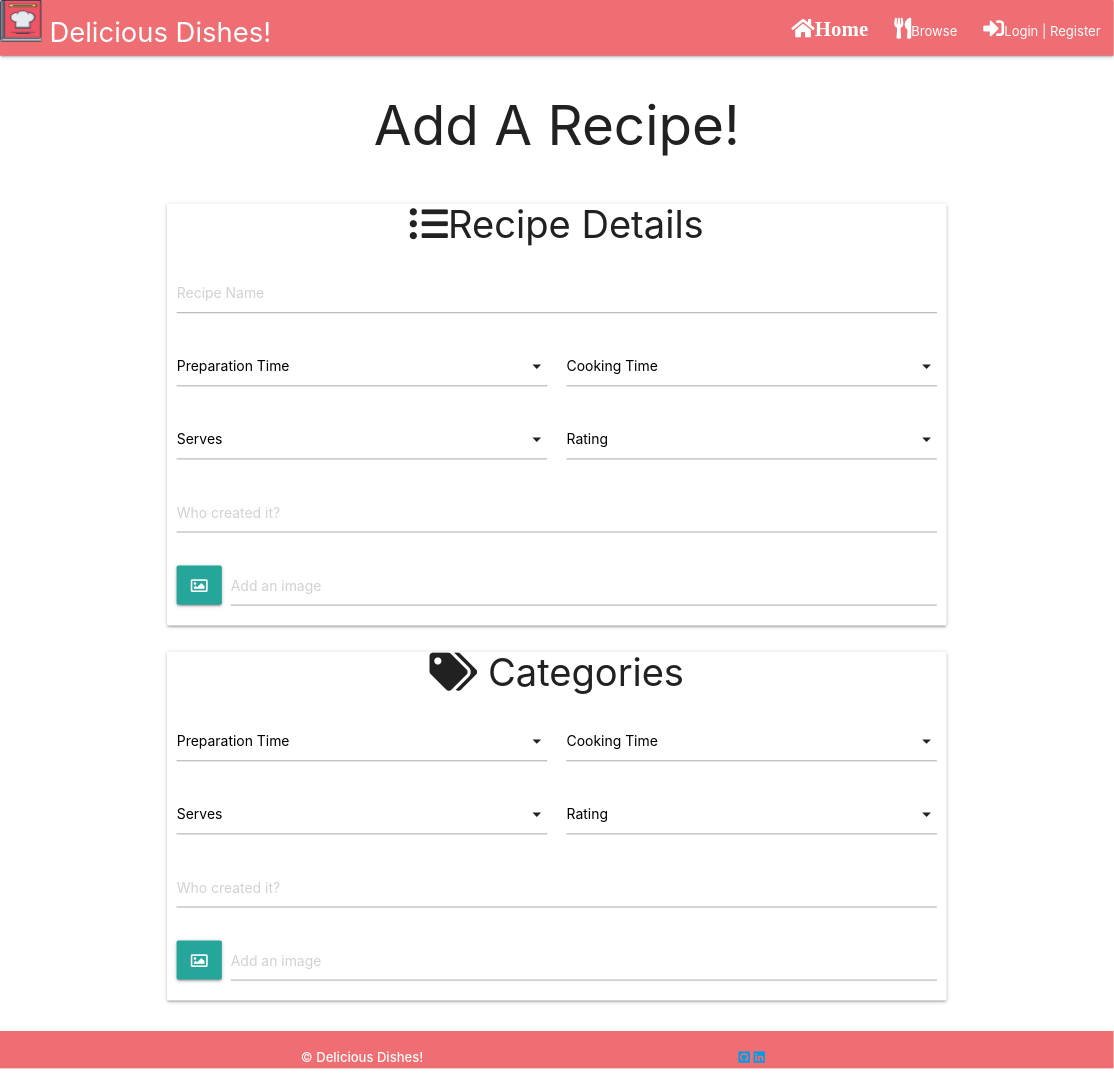
Repository: hebs87/cookbook-milestone-project-three
Page: templates/add_recipe.html
The author's editor kept a record of every edit. The page is drawn from the files as they stood at one moment, then again after the next edit.
The browser window is 1280 px wide. The pictures show the whole page, at 87% of full size.
Some web libraries are served in a nearby version. The page is served by the project's application, run on Flask 3 (app.py). Other server files are loaded and not shown. The template is opened directly, without the code that normally fills it, so the values that code supplies are empty.

Above is the page before.

### templates/add_recipe.html
{% extends "base.html" %} {% block content %}

<!--Page Title-->
<div class="row center-align">
    <div class="col s12">
        <h1 class="title"> Add A Recipe!</h1>
    </div>
</div>

<!--ADD RECIPE FORM WITH NESTED CARDS FOR RELEVANT SECTIONS-->
<div class="row center-align">
    <form method="GET" action="">

        <!--Recipe Details Card-->
        <div class="row card z-depth-1">
            <!--Card Title-->
            <h3><i class="fas fa-list-ul"></i>Recipe Details</h3>
            <!--Recipe Name Field-->
            <div class="input-field col s12">
                <input id="name" name="name" type="text" placeholder="Recipe Name" class="form-control validate" required>
                <label for="name"></label>
            </div>
            <!--Prep Time Select-->
            <div class="input-field col s12 m6">
                <select id="prep_time" name="prep_time" class="form-control validate" required>
                    <option value="" disabled selected>Preparation Time</option>
                    <option value="">1</option>
                </select>
            </div>
            <!--Cook Time Select-->
            <div class="input-field col s12 m6">
                <select id="cook_time" name="cook_time" class="form-control validate" required>
                    <option value="" disabled selected>Cooking Time</option>
                    <option value="">1</option>
                </select>
            </div>
            <!--Serves Select-->
            <div class="input-field col s12 m6">
                <select id="serves" name="serves" class="form-control validate" required>
                    <option value="" disabled selected>Serves</option>
                    <option value="">1</option>
                </select>
            </div>
            <!--Rating Select-->
            <div class="input-field col s12 m6">
                <select id="rating" name="rating" class="form-control validate" required>
                    <option value="" disabled selected>Rating</option>
                    <option value="">1</option>
                </select>
            </div>
            <!--Author Field-->
            <div class="input-field col s12">
                <input id="author" name="Author" type="text" placeholder="Who created it?" class="form-control validate" required>
            </div>
            <!--Image File Input-->
            <div class="file-field input-field col s12">
                <div class="btn">
                    <i class="far fa-image"></i>
                    <input type="file" name="img">
                </div>
                <div class="file-path-wrapper">
                    <input class="file-path validate" name="file_path" placeholder="Add an image" type="text">
                </div>
            </div>
        </div>

        <!--Recipe Categories Card-->
        <div class="row card z-depth-1">
            <!--Card Title-->
            <h3><i class="fas fa-tags"></i> Categories</h3>
            <!--Prep Time Select-->
            <div class="input-field col s12 m6">
                <select id="prep_time" name="prep_time" class="form-control validate" required>
                    <option value="" disabled selected>Preparation Time</option>
                    <option value="">1</option>
                </select>
            </div>
            <!--Cook Time Select-->
            <div class="input-field col s12 m6">
                <select id="cook_time" name="cook_time" class="form-control validate" required>
                    <option value="" disabled selected>Cooking Time</option>
                    <option value="">1</option>
                </select>
            </div>
            <!--Serves Select-->
            <div class="input-field col s12 m6">
                <select id="serves" name="serves" class="form-control validate" required>
                    <option value="" disabled selected>Serves</option>
                    <option value="">1</option>
                </select>
            </div>
            <!--Rating Select-->
            <div class="input-field col s12 m6">
                <select id="rating" name="rating" class="form-control validate" required>
                    <option value="" disabled selected>Rating</option>
                    <option value="">1</option>
                </select>
            </div>
            <!--Author Field-->
            <div class="input-field col s12">
                <input id="author" name="Author" type="text" placeholder="Who created it?" class="form-control validate" required>
            </div>
            <!--Image File Input-->
            <div class="file-field input-field col s12">
                <div class="btn">
                    <i class="far fa-image"></i>
                    <input type="file" name="img">
                </div>
                <div class="file-path-wrapper">
                    <input class="file-path validate" name="file_path" placeholder="Add an image" type="text">
                </div>
            </div>
        </div>

    </form>
</div>

{% endblock %}

### templates/base.html
<!DOCTYPE html>
<html lang="en">

<head>

    <!--Link for Favicon-->
    <link rel="icon" sizes="192x192" href="{{ url_for('static', filename='img/favicon.png') }}" type="image/x-icon">
    <meta charset="UTF-8">
    <meta name="viewport" content="width=device-width, initial-scale=1.0">
    <meta http-equiv="X-UA-Compatible" content="ie=edge">
    <title>Delicious Dishes!</title>

    <!--Link for Materialize-->
    <link rel="stylesheet" href="https://cdnjs.cloudflare.com/ajax/libs/materialize/1.0.0/css/materialize.min.css">
    <!--Link for FontAwesome-->
    <link rel="stylesheet" href="https://use.fontawesome.com/releases/v5.8.2/css/all.css" integrity="sha384-oS3vJWv+0UjzBfQzYUhtDYW+Pj2yciDJxpsK1OYPAYjqT085Qq/1cq5FLXAZQ7Ay" crossorigin="anonymous">
    <!--Link for custom CSS sheet-->


</head>

<body>

    <!--HEADER-->
    <header class="container-fluid">
        <!--NAVBAR-->
        <!--Main Nav-->
        <nav class="nav-extended">
            <div class="nav-wrapper">
                <a href="{{ url_for('index') }}" class="brand-logo"><img src="{{ url_for('static', filename='img/favicon.png') }}" alt="Delicious Dishes Chef Logo" lazyload="on">
                    Delicious Dishes!
                </a>
                <a href="#" data-target="mobile-demo" class="sidenav-trigger">
                    <i class="fas fa-bars" aria-hidden="true"></i>
                </a>
                <ul id="nav-mobile" class="right hide-on-med-and-down">
                    <li>
                        <a href="{{ url_for('index') }}">
                            <i class="fas fa-home" aria-hidden="true">Home</i>
                        </a>
                    </li>
                    <li>
                        <a href="#">
                            <i class="fas fa-utensils" aria-hidden="true"></i>Browse
                        </a>
                    </li>
                    <!--Additional options if user is logged in-->
                    {% if session.user %}
                        <li>
                            <a href="#">
                                <i class="fas fa-user" aria-hidden="true"></i>{{ session['user'] }}
                            </a>
                        </li>
                        <li>
                            <a href="{{ url_for('add_recipe') }}">
                                <i class="fas fa-plus" aria-hidden="true"></i>Add Recipe
                            </a>
                        </li>
                        <li>
                            <a href="{{ url_for('logout') }}">
                                <i class="fas fa-sign-out-alt" aria-hidden="true"></i>Logout
                            </a>
                        </li>
                    <!--If there is no user in session-->
                    {% else %}
                        <li>
                            <a href="{{ url_for('login_register') }}">
                                <i class="fas fa-sign-in-alt" aria-hidden="true"></i>Login | Register
                            </a>
                        </li>
                    {% endif %}
                </ul>
            </div>
        </nav>
        <!--End Main Nav-->
        <!--Mobile Side Nav-->
        <ul class="sidenav" id="mobile-demo">
            <li>
                <a href="{{ url_for('index') }}" class="brand-logo">
                    <h4>Delicious Dishes!</h4>
                </a>
            <li>
                <a href="{{ url_for('index') }}">
                    <i class="fas fa-home" aria-hidden="true"></i>Home
                </a>
            </li>
            <li>
                <a href="#">
                    <i class="fas fa-utensils" aria-hidden="true"></i>Browse
                </a>
            </li>
            <!--Additional options if user is logged in-->
            {% if session.user %}
                <li>
                    <a href="#">
                        <i class="fas fa-user" aria-hidden="true"></i>{{ session['user'] }}
                    </a>
                </li>
                <li>
                    <a href="{{ url_for('add_recipe') }}">
                        <i class="fas fa-plus" aria-hidden="true"></i>Add Recipe
                    </a>
                </li>
                <li>
                    <a href="{{ url_for('logout') }}">
                        <i class="fas fa-sign-out-alt" aria-hidden="true"></i>Logout
                    </a>
                </li>
            <!--If there is no user in session-->
            {% else %}
                <li>
                    <a href="{{ url_for('login_register') }}">
                        <i class="fas fa-sign-in-alt" aria-hidden="true"></i>Login | Register
                    </a>
                </li>
            {% endif %}
        </ul>
        <!--End Mobile Side Nav-->
        <!--END NAVBAR-->

    </header>
    <!--END HEADER-->

    <!--MAIN CONTENT-->
    <main>
        <div class="container">
            <!--Flashed messages to appear at the top of the page, below the Navbar-->
            {% with messages = get_flashed_messages() %}
                {% if messages %}
                    <ul class="flashes center-align">
                        {% for message in messages %}
                        <li>{{ message }}</li>
                        {% endfor %}
                    </ul>
                {% endif %}
            {% endwith %}

            <!--Main content-->
            {% block content %} {% endblock %}
        </div>
    </main>
    <!--END MAIN CONTENT-->

    <!--FOOTER-->
    <footer class="page-footer">
        <div class="container">
            <div class="row center-align">
                <div class="col s12 m6">
                    &copy; <strong>Delicious Dishes!</strong>
                </div>
                <div class="col s12 m6">
                    <a href="https://github.com/hebs87/cookbook-milestone-project-three" target="_blank" rel="noopener" aria-label="GitHub - hebs87">
                        <i class="fab fa-github-square" title="hebs87" aria-hidden="true"></i>
                    </a>
                    <a href="https://www.linkedin.com/in/sunny-hebbar-0b3008174/" target="_blank" rel="noopener" aria-label="LinkedIn - Sunny-Hebbar">
                        <i class="fab fa-linkedin" title="Sunny-Hebbar" aria-hidden="true"></i>
                    </a>
                </div>
            </div>
        </div>
    </footer>
    <!--END FOOTER-->

    <!--Script tag for jQuery-->
    <script src="https://code.jquery.com/jquery-3.4.1.min.js" integrity="sha256-CSXorXvZcTkaix6Yvo6HppcZGetbYMGWSFlBw8HfCJo=" crossorigin="anonymous"></script>
    <!--Script tag for Materialize-->
    <script src="https://cdnjs.cloudflare.com/ajax/libs/materialize/1.0.0/js/materialize.min.js"></script>
    <!--Script tag for custom JS file-->
    <script src="{{ url_for('static', filename='js/script.js') }}"></script>

</body>

</html>

### app.py
import os, json, math
import re
from flask import Flask, render_template, redirect, request, session, g, url_for, flash, Markup
from flask_pymongo import PyMongo
from bson.objectid import ObjectId
from werkzeug.security import check_password_hash, generate_password_hash

# Instance of Flask
app = Flask(__name__)

# Config Flask app and connect to database
app.config["MONGO_DBNAME"] = 'onlineCookbook'
app.config["MONGO_URI"] = os.getenv('MONGO_URI')
# Secret key to enable user sessions for login and flash messages - generates random string
app.secret_key = os.urandom(24)

# Instance of PyMongo
mongo = PyMongo(app)

# DB collection variables
recipes_coll = mongo.db.recipes
rating_coll = mongo.db.ratings
categories_coll = mongo.db.categories
serves_coll = mongo.db.serves
time_coll = mongo.db.time
users_coll = mongo.db.userLogin

# Route to index.html
@app.route('/')
def index():
    return render_template("index.html")

# User login sessions/logout
@app.route('/login_register')
def login_register():
    return render_template("login_register.html")

@app.route('/login', methods=["GET", "POST"])
def login():
    '''
    Login
    Checks that the user exists, and that user's password matches the
    hased password in the database
    '''
    if request.method == "POST":

        username = request.form.get('username').lower()
        password = request.form.get("password")
        existing_user = users_coll.find_one({"username": username})

        # Check if username exists and user's password matches the hashed password
        if existing_user and check_password_hash(existing_user["password"], password):
            flash(Markup("Welcome back " + username + ", you're now logged in!"))
            session['user'] = username
            return redirect(url_for('index'))
        # If either the username or password don't match, generic flash message is displayed
        else:
            flash(Markup("It appears those details don't match what we have, please try again."))
            return redirect(url_for('login'))

    return render_template("login_register.html")

@app.route('/register', methods=["GET", "POST"])
def register():
    '''
    Create new user/register new account
    Checks that the user doesn't already exist, and that length of username
    and password is between 6-15 characters
    Uses generate_password_hash to hash user's password in the database
    '''
    if request.method == "POST":

        new_username = request.form.get('new_username').lower()
        new_password = request.form.get("new_password")

        # Check username and password are alphanumeric
        for letter in new_username:
            if not letter.isalnum():
                flash(Markup("Usernames must be alphanumeric only. Please try another one."))
                return redirect(url_for('register'))
        for letter in new_password:
            if not letter.isalnum():
                flash(Markup("Passwords must be alphanumeric only. Please try another one."))
                return redirect(url_for('register'))

        # Check username and password are between 6-15 characters
        if len(new_username) < 5 or len(new_username) > 15:
            flash(Markup("Usernames must be between 5 and 15 characters. Please try again."))
            return redirect(url_for('register'))
        if len(new_password) < 5 or len(new_password) > 15:
            flash(Markup("Passwords must be between 5 and 15 characters. Please try again."))
            return redirect(url_for('register'))

        # Check if username already exists
        existing_user = users_coll.find_one({"username": new_username})
        if existing_user:
            flash(Markup("Sorry, " + new_username + " is already taken! Please choose another one!"))
            return redirect(url_for('register'))

        # If all checks pass, add user to the database and hash the password
        users_coll.insert_one({
            "username": new_username,
            "password": generate_password_hash(new_password)
        })
        session['user'] = new_username
        flash(Markup("Welcome " + new_username + ", you're now logged in!"))
        return redirect(url_for('index'))

    return render_template("login_register.html")

@app.route('/logout')
def logout():
    '''
    Remove the session cookie and end the user session
    '''
    session.pop('user', None)
    flash(Markup("You were successfully logged out"))
    return redirect(url_for('index'))

@app.before_request
def before_request():
    '''
    Checks if the user is logged in before each request
    '''
    g.user = None
    if 'user' in session:
        g.user = session['user']

# Route to add_recipe.html
@app.route('/add_recipe')
def add_recipe():
    return render_template("add_recipe.html")

if __name__ == '__main__':
    app.run(host=os.getenv("IP", "0.0.0.0"),
            port=int(os.getenv("PORT", "5000")),
            debug=False)

### static/js/script.js
//Initialize Mobile Side Nav
$('.sidenav').sidenav();
//Initialize Tabs
$('.tabs').tabs();
//Initialize Select Form
$('select').formSelect();

After the next edit:
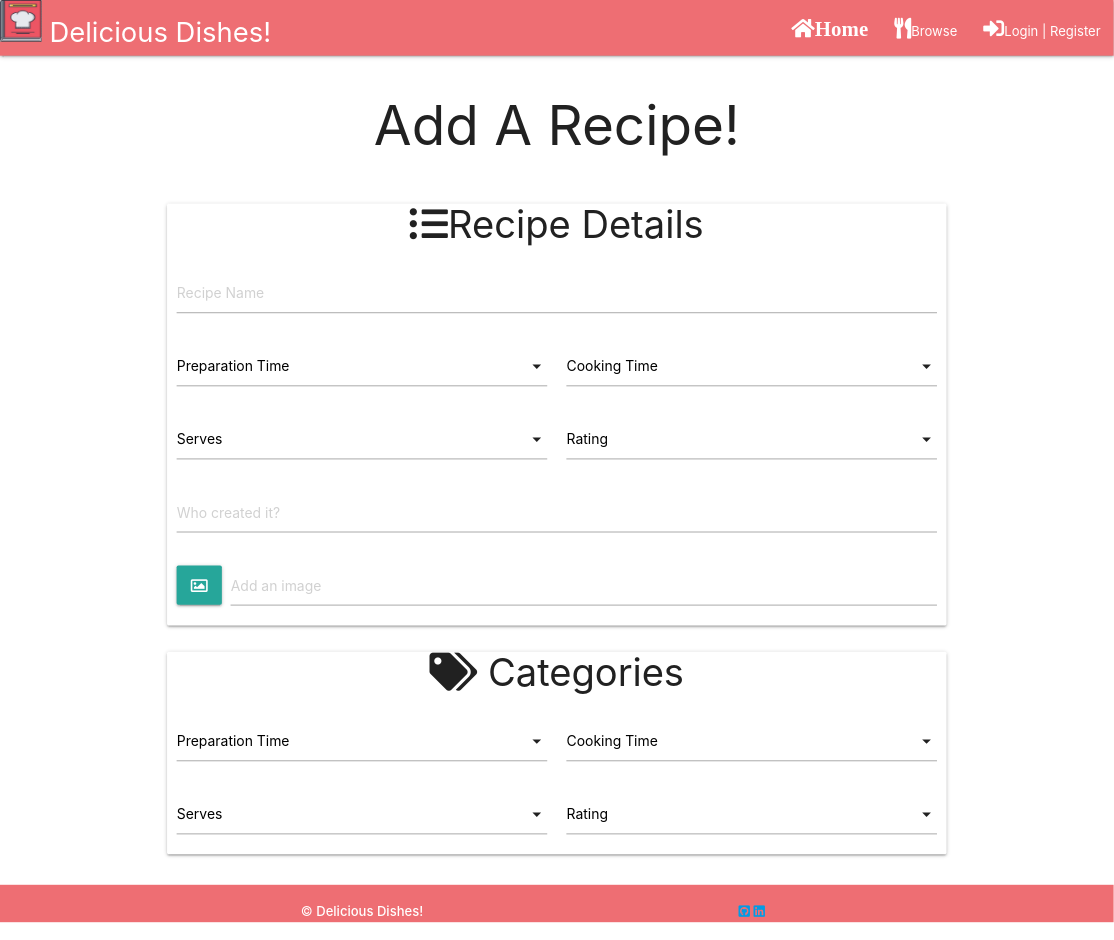
The edit:
--- a/templates/add_recipe.html
+++ b/templates/add_recipe.html
@@ -96,20 +96,6 @@
                     <option value="">1</option>
                 </select>
             </div>
-            <!--Author Field-->
-            <div class="input-field col s12">
-                <input id="author" name="Author" type="text" placeholder="Who created it?" class="form-control validate" required>
-            </div>
-            <!--Image File Input-->
-            <div class="file-field input-field col s12">
-                <div class="btn">
-                    <i class="far fa-image"></i>
-                    <input type="file" name="img">
-                </div>
-                <div class="file-path-wrapper">
-                    <input class="file-path validate" name="file_path" placeholder="Add an image" type="text">
-                </div>
-            </div>
         </div>
 
     </form>
